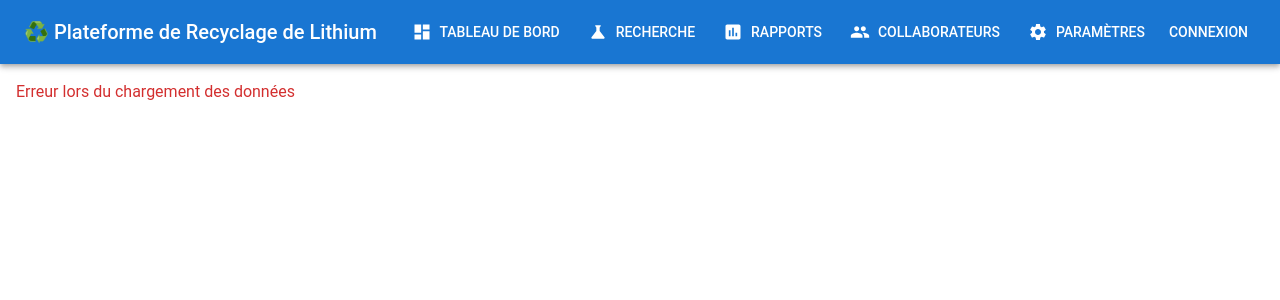
Repository: tofunori/Lithium-Dashboard-Enhanced
Page: / (app in frontend/)
The author's editor kept a copy of each file at every save. The page is drawn from the files as they stood at one save, then again after the next save.
The browser window is 1280 px wide. The pictures show the whole page.
The page's requests for data from a server got no answer. The project was rebuilt for these pictures with package versions that can differ from the ones it lists, and the page was loaded fresh each time. No one was signed in, and anything a server would have sent is missing. Also part of the build but not shown: frontend/src/components/RecyclingRateChart.js, frontend/src/components/ProductionTrendsChart.js, frontend/src/components/PlantsList.js, frontend/src/components/MapView.js.

Above is the page before, as saved 2025-03-19 15:24:36.

### frontend/public/index.html
<!DOCTYPE html>
<html lang="en">
  <head>
    <meta charset="utf-8" />
    <link rel="icon" href="%PUBLIC_URL%/favicon.ico" />
    <meta name="viewport" content="width=device-width, initial-scale=1" />
    <meta name="theme-color" content="#000000" />
    <meta
      name="description"
      content="Lithium Dashboard - Recycling Plants Management"
    />
    <link rel="apple-touch-icon" href="%PUBLIC_URL%/logo192.png" />
    <link rel="manifest" href="%PUBLIC_URL%/manifest.json" />
    <title>Lithium Dashboard</title>
  </head>
  <body>
    <noscript>You need to enable JavaScript to run this app.</noscript>
    <div id="root"></div>
  </body>
</html>

### frontend/src/components/Dashboard.js
import React, { useState, useEffect } from 'react';
import { Container, Grid, Paper, Typography, Box, useTheme } from '@mui/material';
import axios from 'axios';
import RecyclingRateChart from './RecyclingRateChart';
import ProductionTrendsChart from './ProductionTrendsChart';
import PlantsList from './PlantsList';
import MapView from './MapView';

const Dashboard = () => {
  const [plants, setPlants] = useState([]);
  const [loading, setLoading] = useState(true);
  const [error, setError] = useState(null);
  const [mapHeight, setMapHeight] = useState(550);
  const theme = useTheme();

  const paperStyle = {
    borderRadius: '10px',
    boxShadow: '0 4px 12px rgba(0, 0, 0, 0.05)',
    overflow: 'hidden',
    height: '100%'
  };

  const headerStyle = {
    borderBottom: `1px solid ${theme.palette.divider}`,
    padding: '16px 20px',
    backgroundColor: 'rgba(249, 250, 251, 0.8)',
    margin: '-16px -16px 16px -16px',
    borderTopLeftRadius: '10px',
    borderTopRightRadius: '10px'
  };

  useEffect(() => {
    const fetchData = async () => {
      try {
        const response = await axios.get('/api/recycling-plants/');
        setPlants(response.data);
        setLoading(false);
      } catch (err) {
        setError('Erreur lors du chargement des données');
        setLoading(false);
        console.error(err);
      }
    };

    fetchData();
  }, []);

  // Callback pour mettre à jour la taille du conteneur parent
  const handleMapResize = (newHeight) => {
    // Convertir le pourcentage en pixels (base 550px pour 100%)
    setMapHeight(550 * (newHeight / 100));
  };

  if (loading) return <Typography>Chargement des données...</Typography>;
  if (error) return <Typography color="error">{error}</Typography>;

  return (
    <Container maxWidth={false} sx={{ py: 3 }}>
      <Box sx={{ mb: 4 }}>
        <Typography variant="h4" component="h1" gutterBottom fontWeight="500" color="primary.dark">
          Tableau de Bord de Recyclage de Lithium
        </Typography>
        <Typography variant="subtitle1" color="text.secondary">
          Plateforme de Collaboration Interuniversitaire
        </Typography>
      </Box>

      <Grid container spacing={3}>
        {/* Carte des installations */}
        <Grid item xs={12} md={8} sx={{ height: `${mapHeight}px`, transition: 'height 0.3s ease' }}>
          <Paper elevation={0} sx={{ ...paperStyle, p: 2 }}>
            <Box sx={headerStyle}>
              <Typography variant="h6" fontWeight="500">
                Carte des Installations
              </Typography>
            </Box>
            <Box sx={{ height: 'calc(100% - 50px)' }}>
              <MapView plants={plants} onResize={handleMapResize} />
            </Box>
          </Paper>
        </Grid>

        {/* Liste des installations */}
        <Grid item xs={12} md={4} sx={{ height: `${mapHeight}px`, transition: 'height 0.3s ease' }}>
          <Paper elevation={0} sx={{ ...paperStyle, p: 2 }}>
            <Box sx={headerStyle}>
              <Typography variant="h6" fontWeight="500">
                Installations de Recyclage
              </Typography>
            </Box>
            <Box sx={{ height: 'calc(100% - 50px)', overflowY: 'auto' }}>
              <PlantsList plants={plants} />
            </Box>
          </Paper>
        </Grid>

        {/* Taux de recyclage */}
        <Grid item xs={12} md={6} height="400px">
          <Paper elevation={0} sx={{ ...paperStyle, p: 2 }}>
            <Box sx={headerStyle}>
              <Typography variant="h6" fontWeight="500">
                Taux de Recyclage par Installation
              </Typography>
            </Box>
            <Box sx={{ height: 'calc(100% - 50px)' }}>
              <RecyclingRateChart plants={plants} />
            </Box>
          </Paper>
        </Grid>

        {/* Tendances de production */}
        <Grid item xs={12} md={6} height="400px">
          <Paper elevation={0} sx={{ ...paperStyle, p: 2 }}>
            <Box sx={headerStyle}>
              <Typography variant="h6" fontWeight="500">
                Tendances de Production
              </Typography>
            </Box>
            <Box sx={{ height: 'calc(100% - 50px)' }}>
              <ProductionTrendsChart plants={plants} />
            </Box>
          </Paper>
        </Grid>
      </Grid>
    </Container>
  );
};

export default Dashboard;

### frontend/src/components/NavBar.js
import React from 'react';
import {
  AppBar,
  Toolbar,
  Typography,
  Button,
  IconButton,
  Box,
  Drawer,
  List,
  ListItem,
  ListItemIcon,
  ListItemText,
  useMediaQuery,
  useTheme
} from '@mui/material';
import {
  Menu as MenuIcon,
  Dashboard as DashboardIcon,
  Science as ScienceIcon,
  Assessment as AssessmentIcon,
  Group as GroupIcon,
  Settings as SettingsIcon
} from '@mui/icons-material';
import { Link as RouterLink } from 'react-router-dom';
import { useState } from 'react';

const NavBar = () => {
  const [drawerOpen, setDrawerOpen] = useState(false);
  const theme = useTheme();
  const isMobile = useMediaQuery(theme.breakpoints.down('md'));

  const toggleDrawer = (open) => (event) => {
    if (event.type === 'keydown' && (event.key === 'Tab' || event.key === 'Shift')) {
      return;
    }
    setDrawerOpen(open);
  };

  const menuItems = [
    { text: 'Tableau de Bord', icon: <DashboardIcon />, path: '/' },
    { text: 'Recherche', icon: <ScienceIcon />, path: '/research' },
    { text: 'Rapports', icon: <AssessmentIcon />, path: '/reports' },
    { text: 'Collaborateurs', icon: <GroupIcon />, path: '/collaborators' },
    { text: 'Paramètres', icon: <SettingsIcon />, path: '/settings' },
  ];

  const drawer = (
    <Box
      sx={{ width: 250 }}
      role="presentation"
      onClick={toggleDrawer(false)}
      onKeyDown={toggleDrawer(false)}
    >
      <Box sx={{ p: 2, borderBottom: '1px solid rgba(0, 0, 0, 0.12)' }}>
        <Typography variant="h6" component="div">
          Lithium Recycling
        </Typography>
        <Typography variant="subtitle2" color="text.secondary">
          Collaboration Interuniversitaire
        </Typography>
      </Box>
      <List>
        {menuItems.map((item) => (
          <ListItem
            button
            key={item.text}
            component={RouterLink}
            to={item.path}
            sx={{
              '&.active': {
                bgcolor: 'rgba(0, 0, 0, 0.08)',
              }
            }}
          >
            <ListItemIcon>
              {item.icon}
            </ListItemIcon>
            <ListItemText primary={item.text} />
          </ListItem>
        ))}
      </List>
    </Box>
  );

  return (
    <>
      <AppBar position="static">
        <Toolbar>
          {isMobile && (
            <IconButton
              edge="start"
              color="inherit"
              aria-label="menu"
              onClick={toggleDrawer(true)}
              sx={{ mr: 2 }}
            >
              <MenuIcon />
            </IconButton>
          )}

          <Typography variant="h6" component="div" sx={{ flexGrow: 1 }}>
            ♻️ Plateforme de Recyclage de Lithium
          </Typography>

          {!isMobile && (
            <Box>
              {menuItems.map((item) => (
                <Button
                  key={item.text}
                  color="inherit"
                  component={RouterLink}
                  to={item.path}
                  startIcon={item.icon}
                  sx={{ mx: 1 }}
                >
                  {item.text}
                </Button>
              ))}
            </Box>
          )}

          <Button color="inherit">Connexion</Button>
        </Toolbar>
      </AppBar>

      <Drawer
        anchor="left"
        open={drawerOpen}
        onClose={toggleDrawer(false)}
      >
        {drawer}
      </Drawer>
    </>
  );
};

export default NavBar;

### frontend/src/hooks/useTranslation.js
import { useContext } from 'react';
import { SettingsContext } from '../App';
import translations from '../translations';

/**
 * Hook personnalisé pour la traduction
 * @returns {function} - Fonction de traduction qui retourne le texte traduit selon la langue actuelle
 */
const useTranslation = () => {
  const { settings } = useContext(SettingsContext) || { settings: { language: 'fr' } };

  // Récupérer la langue actuelle, par défaut français
  const currentLanguage = settings?.language || 'fr';

  // Créer la fonction de traduction
  const t = (key) => {
    // Si la clé n'existe pas, retourner la clé elle-même
    if (!translations[currentLanguage] || !translations[currentLanguage][key]) {
      console.warn(`Traduction manquante: ${key} pour la langue ${currentLanguage}`);

      // Essayer de trouver la clé dans la langue par défaut (fr)
      if (translations.fr && translations.fr[key]) {
        return translations.fr[key];
      }

      return key;
    }

    return translations[currentLanguage][key];
  };

  return { t, currentLanguage };
};

export default useTranslation;

### frontend/src/translations.js
// Définition des traductions pour l'application
const translations = {
  fr: {
    // Titres principaux
    "dashboard": "Tableau de Bord de Recyclage de Lithium",
    "subtitle": "Plateforme de Collaboration Interuniversitaire",

    // Navigation
    "nav_dashboard": "Tableau de Bord",
    "nav_research": "Recherche",
    "nav_reports": "Rapports",
    "nav_collaborators": "Collaborateurs",
    "nav_settings": "Paramètres",
    "login": "Connexion",

    // Sections du dashboard
    "map_title": "Carte des Installations",
    "plants_list": "Installations de Recyclage",
    "recycling_rate": "Taux de Recyclage par Installation",
    "production_trends": "Tendances de Production",

    // Paramètres
    "settings_title": "Paramètres de la Plateforme",
    "settings_subtitle": "Personnalisez l'affichage et les fonctionnalités de votre tableau de bord",
    "display_settings": "Paramètres d'affichage",
    "map_settings": "Paramètres de la carte",
    "reset": "Réinitialiser",
    "save_changes": "Enregistrer les modifications",
    "settings_saved": "Les paramètres ont été sauvegardés avec succès!",

    // Options paramètres
    "theme": "Thème",
    "light": "Clair",
    "dark": "Sombre",
    "system": "Système",
    "language": "Langue",
    "animations": "Animations",
    "notifications": "Notifications",
    "high_performance": "Mode haute performance",
    "map_style": "Style de carte",
    "standard": "Standard",
    "satellite": "Satellite",
    "terrain": "Terrain",
    "default_zoom": "Zoom par défaut",
    "continent": "Continent",
    "country": "Pays",
    "region": "Région",
    "city": "Ville",
    "show_legend": "Afficher la légende",
    "marker_clustering": "Clustering des marqueurs",
    "zoom_controls": "Contrôles de zoom",

    // Carte
    "legend": "Légende",
    "height_label": "Hauteur de la carte",

    // Statuts
    "operational": "Opérationnel",
    "construction": "En construction",
    "planned": "Planifié",
    "approved": "Approuvé",
    "suspended": "En pause",
    "unknown": "Inconnu",
    "active": "Active",
    "inactive": "Inactive",

    // Informations des installations
    "location": "Emplacement",
    "country_label": "Pays",
    "status": "Statut",
    "capacity": "Capacité",
    "recycling_rate_label": "Taux de recyclage",
    "current_production": "Production actuelle",
    "technology": "Technologie",
    "website": "Site web",
    "visit": "Visiter",
    "not_available": "Non disponible",
    "kg_month": "kg/mois",
    "percentage": "%"
  },
  en: {
    // Main titles
    "dashboard": "Lithium Recycling Dashboard",
    "subtitle": "Inter-University Collaboration Platform",

    // Navigation
    "nav_dashboard": "Dashboard",
    "nav_research": "Research",
    "nav_reports": "Reports",
    "nav_collaborators": "Collaborators",
    "nav_settings": "Settings",
    "login": "Login",

    // Dashboard sections
    "map_title": "Facilities Map",
    "plants_list": "Recycling Facilities",
    "recycling_rate": "Recycling Rate by Facility",
    "production_trends": "Production Trends",

    // Settings
    "settings_title": "Platform Settings",
    "settings_subtitle": "Customize the display and functionality of your dashboard",
    "display_settings": "Display Settings",
    "map_settings": "Map Settings",
    "reset": "Reset",
    "save_changes": "Save Changes",
    "settings_saved": "Settings have been saved successfully!",

    // Settings options
    "theme": "Theme",
    "light": "Light",
    "dark": "Dark",
    "system": "System",
    "language": "Language",
    "animations": "Animations",
    "notifications": "Notifications",
    "high_performance": "High Performance Mode",
    "map_style": "Map Style",
    "standard": "Standard",
    "satellite": "Satellite",
    "terrain": "Terrain",
    "default_zoom": "Default Zoom",
    "continent": "Continent",
    "country": "Country",
    "region": "Region",
    "city": "City",
    "show_legend": "Show Legend",
    "marker_clustering": "Marker Clustering",
    "zoom_controls": "Zoom Controls",

    // Map
    "legend": "Legend",
    "height_label": "Map Height",

    // Statuses
    "operational": "Operational",
    "construction": "Under Construction",
    "planned": "Planned",
    "approved": "Approved",
    "suspended": "Suspended",
    "unknown": "Unknown",
    "active": "Active",
    "inactive": "Inactive",

    // Facility information
    "location": "Location",
    "country_label": "Country",
    "status": "Status",
    "capacity": "Capacity",
    "recycling_rate_label": "Recycling Rate",
    "current_production": "Current Production",
    "technology": "Technology",
    "website": "Website",
    "visit": "Visit",
    "not_available": "Not Available",
    "kg_month": "kg/month",
    "percentage": "%"
  }
};

export default translations;

Loaded but not shown: frontend/src/index.js (common file); frontend/src/index.css (common file); frontend/src/App.js (435 lines, source omitted)

After the next save:
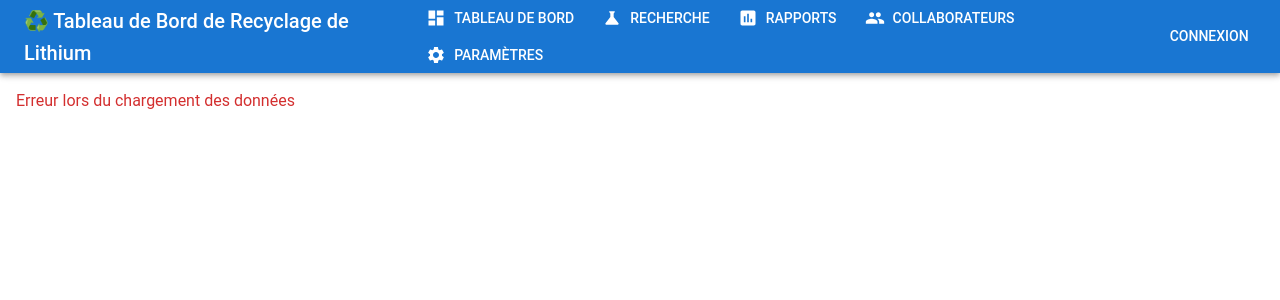
Saved 30 s later.
--- a/frontend/src/components/NavBar.js
+++ b/frontend/src/components/NavBar.js
@@ -24,11 +24,13 @@ import {
 } from '@mui/icons-material';
 import { Link as RouterLink } from 'react-router-dom';
 import { useState } from 'react';
+import useTranslation from '../hooks/useTranslation';
 
 const NavBar = () => {
   const [drawerOpen, setDrawerOpen] = useState(false);
   const theme = useTheme();
   const isMobile = useMediaQuery(theme.breakpoints.down('md'));
+  const { t } = useTranslation();
 
   const toggleDrawer = (open) => (event) => {
     if (event.type === 'keydown' && (event.key === 'Tab' || event.key === 'Shift')) {
@@ -38,11 +40,11 @@ const NavBar = () => {
   };
 
   const menuItems = [
-    { text: 'Tableau de Bord', icon: <DashboardIcon />, path: '/' },
-    { text: 'Recherche', icon: <ScienceIcon />, path: '/research' },
-    { text: 'Rapports', icon: <AssessmentIcon />, path: '/reports' },
-    { text: 'Collaborateurs', icon: <GroupIcon />, path: '/collaborators' },
-    { text: 'Paramètres', icon: <SettingsIcon />, path: '/settings' },
+    { text: t('nav_dashboard'), icon: <DashboardIcon />, path: '/' },
+    { text: t('nav_research'), icon: <ScienceIcon />, path: '/research' },
+    { text: t('nav_reports'), icon: <AssessmentIcon />, path: '/reports' },
+    { text: t('nav_collaborators'), icon: <GroupIcon />, path: '/collaborators' },
+    { text: t('nav_settings'), icon: <SettingsIcon />, path: '/settings' },
   ];
 
   const drawer = (
@@ -57,7 +59,7 @@ const NavBar = () => {
           Lithium Recycling
         </Typography>
         <Typography variant="subtitle2" color="text.secondary">
-          Collaboration Interuniversitaire
+          {t('subtitle')}
         </Typography>
       </Box>
       <List>
@@ -100,7 +102,7 @@ const NavBar = () => {
           )}
 
           <Typography variant="h6" component="div" sx={{ flexGrow: 1 }}>
-            ♻️ Plateforme de Recyclage de Lithium
+            ♻️ {t('dashboard')}
           </Typography>
 
           {!isMobile && (
@@ -120,7 +122,7 @@ const NavBar = () => {
             </Box>
           )}
 
-          <Button color="inherit">Connexion</Button>
+          <Button color="inherit">{t('login')}</Button>
         </Toolbar>
       </AppBar>
 
